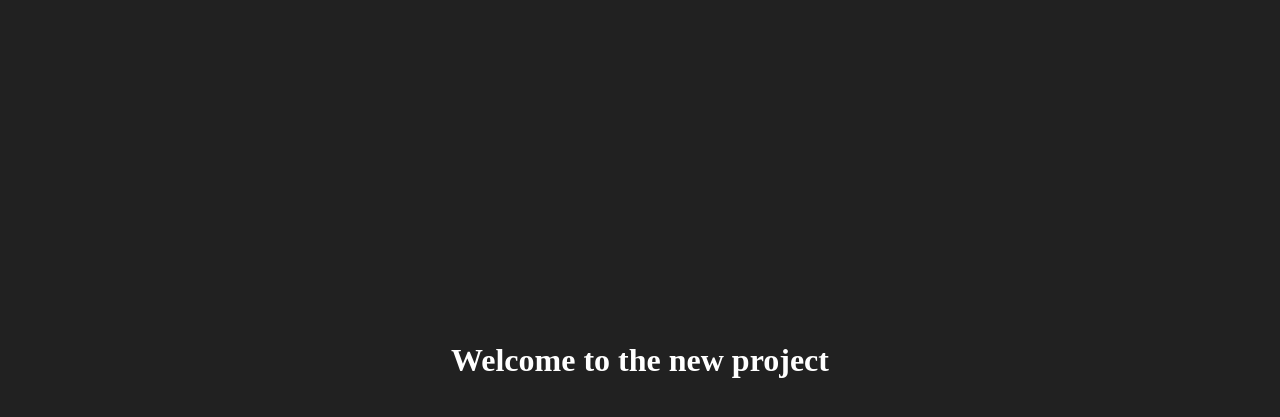
Repository: ghostofweb/spring-and-servlet
Page: http://localhost/sarvlet/
An editor plug-in stored every save of this project. The page is shown before and after the next save, followed by the edit.
The browser window is 1280 px wide. The pictures show the whole page.
The page is served by Tomcat 9. Other server files are loaded and not shown.

Above is the page before, as saved 2025-06-22 13:33:22.

### sarvlet/src/main/webapp/index.jsp
<!doctype html>
<html lang="en">
 <head>
<meta charset = "UTF-8">
<link rel="stylesheet" href="<%= request.getContextPath() %>/css/style.css" />
<title>This is my project</title>
</head>
<body>
	<div class="container">
		<h1>Welcome to the new project</h1>
	</div>
</body>
</html>

### sarvlet/src/main/webapp/css/style.css
body{
	color:white;
	background:#212121;
	margin:0;
	box-sizing:border-box;
}

.container{
	display:flex;
	justify-content:center;
	align-items:center;
	height:100vh;
}

After the next save:
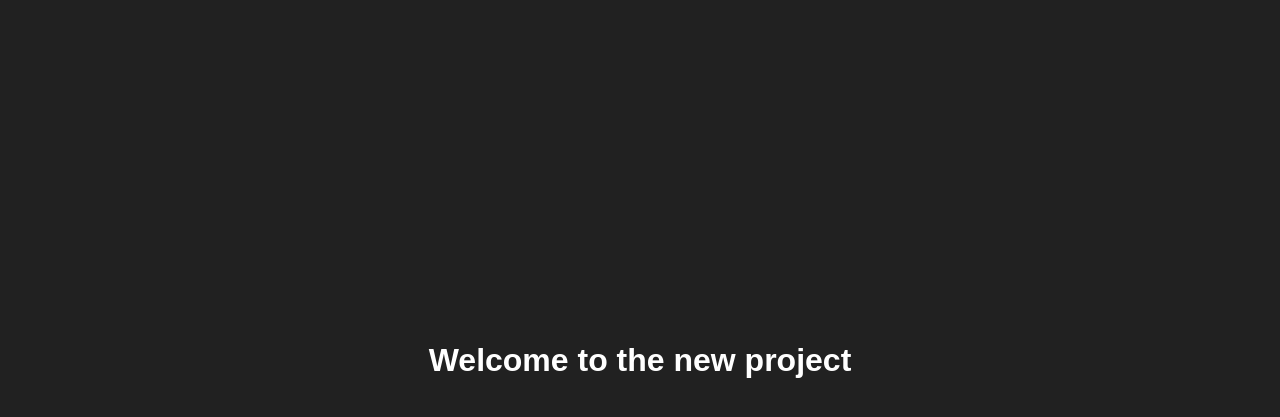
Saved 16 s later.
--- a/sarvlet/src/main/webapp/css/style.css
+++ b/sarvlet/src/main/webapp/css/style.css
@@ -1,13 +1,19 @@
-body{
-	color:white;
-	background:#212121;
-	margin:0;
-	box-sizing:border-box;
+*,
+*::before,
+*::after {
+	box-sizing: border-box;
 }
 
-.container{
-	display:flex;
-	justify-content:center;
-	align-items:center;
-	height:100vh;
+body {
+	color: white;
+	background: #212121;
+	margin: 0;
+	font-family: sans-serif;
 }
+
+.container {
+	display: flex;
+	justify-content: center;
+	align-items: center;
+	height: 100vh;
+}

After the save that followed:
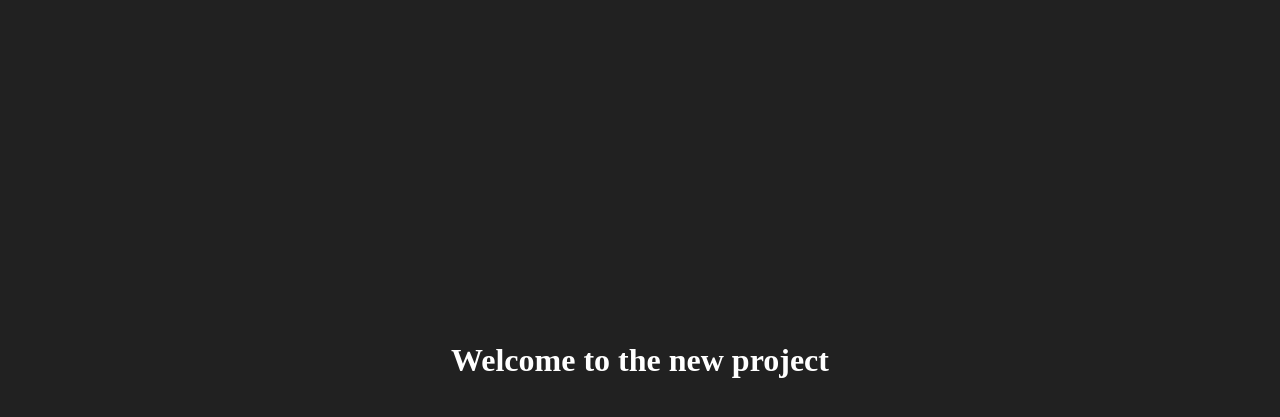
Saved 67 s later.
--- a/sarvlet/src/main/webapp/css/style.css
+++ b/sarvlet/src/main/webapp/css/style.css
@@ -1,19 +1,14 @@
-*,
-*::before,
-*::after {
-	box-sizing: border-box;
+body{
+	color:white;
+	background:#212121;
+	margin:0;
+	box-sizing:border-box;
+	font-family:sans-sarif;
 }
 
-body {
-	color: white;
-	background: #212121;
-	margin: 0;
-	font-family: sans-serif;
+.container{
+	display:flex;
+	justify-content:center;
+	align-items:center;
+	height:100vh;
 }
-
-.container {
-	display: flex;
-	justify-content: center;
-	align-items: center;
-	height: 100vh;
-}
